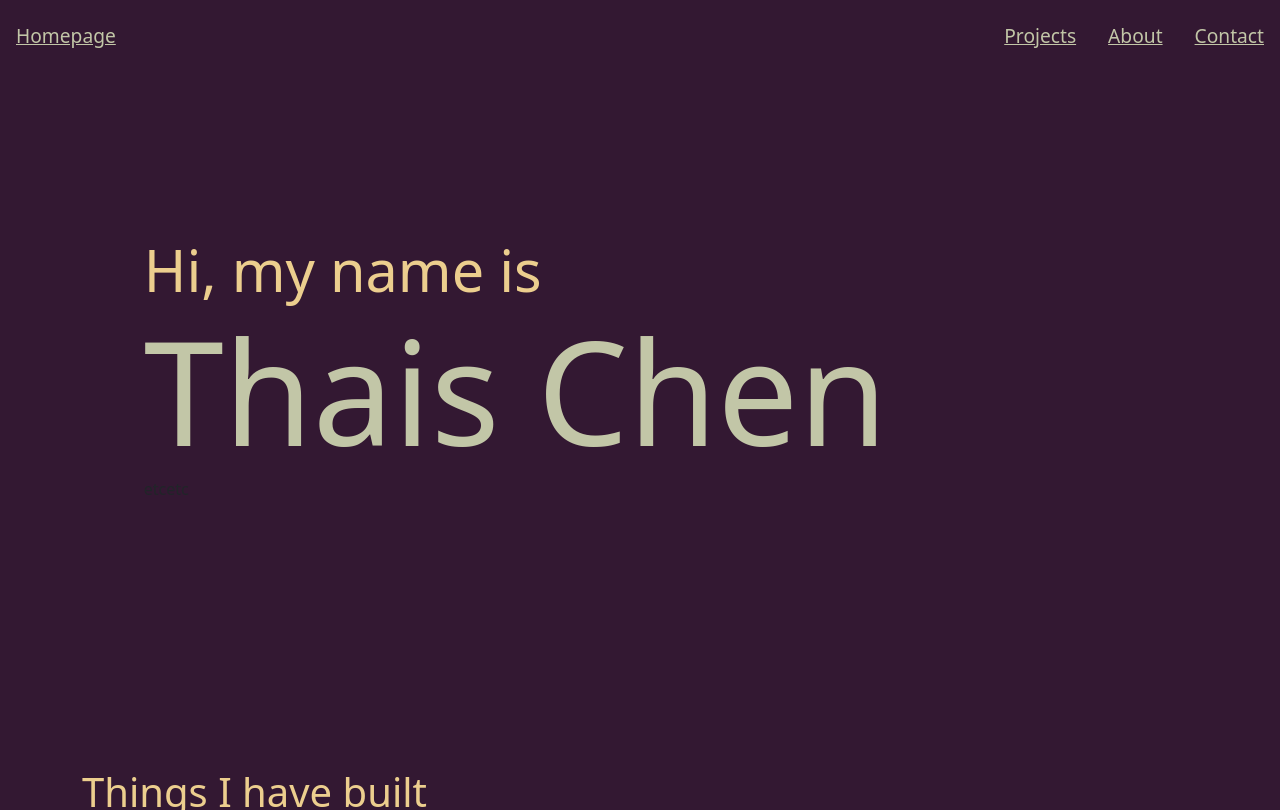
Repository: thais-chen/Portfolio
Page: index.html
The author's editor kept a copy of each file at every save. The page is drawn from the files as they stood at one save, then again after the next save.
The browser window is 1280 px wide. The pictures show the part of the page from y = 0 to 810 px (the page is 2120 px tall before and 1957 px after).
Pictures or frames that could not be fetched are drawn as grey boxes.

Above is the page before, as saved 2022-06-17 19:50:21.

After the next save:
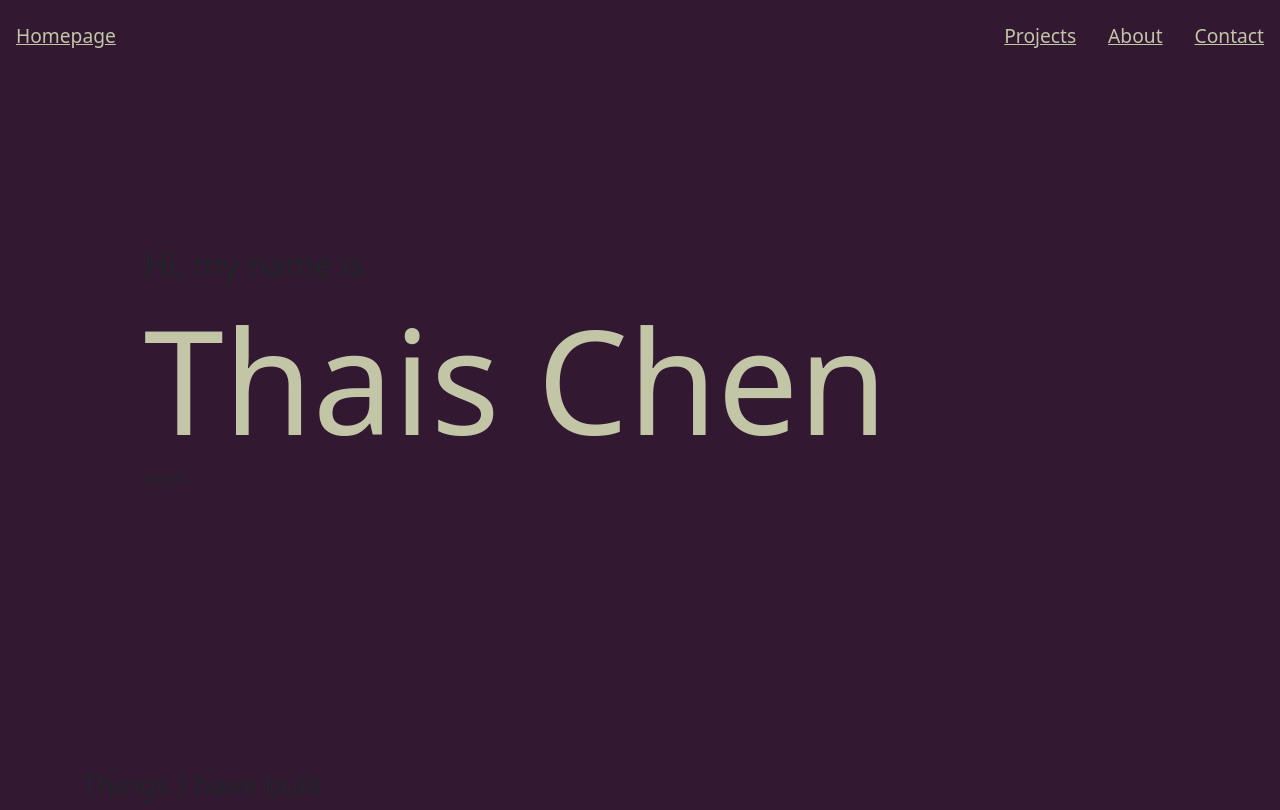
Saved 47 s later.
--- a/style.css
+++ b/style.css
@@ -48,17 +48,3 @@ main{
 #projects{
 
 }
-
-.container h2{
-    color: #ECCE8E;
-    font-size: 8vh;
-    margin-bottom: 0;
-    font-weight: 100;
-}
-.container h3{
-    color: #ECCE8E;
-    font-size: 2.5rem;
-    margin-bottom: 0;
-    font-weight: 100;
-    padding-bottom: 3rem;
-}

After the save that followed:
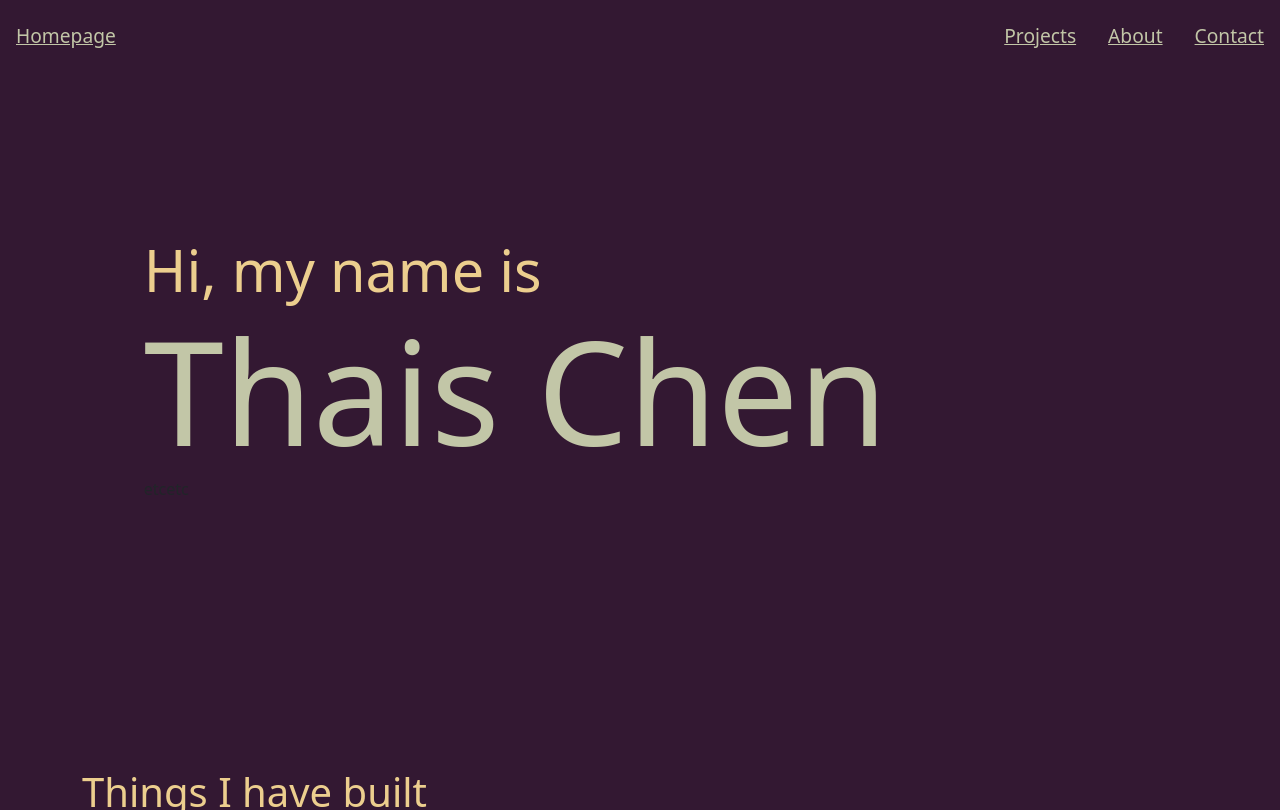
Saved 6 s later.
--- a/style.css
+++ b/style.css
@@ -9,6 +9,21 @@ main{
     width: 100%;
     margin: 0px auto;
 }
+
+.container h2{
+    color: #ECCE8E;
+    font-size: 8vh;
+    margin-bottom: 0;
+    font-weight: 100;
+}
+.container h3{
+    color: #ECCE8E;
+    font-size: 2.5rem;
+    margin-bottom: 0;
+    font-weight: 100;
+    padding-bottom: 3rem;
+}
+
 /*navbar*/
 .navbar{
     display: block;
